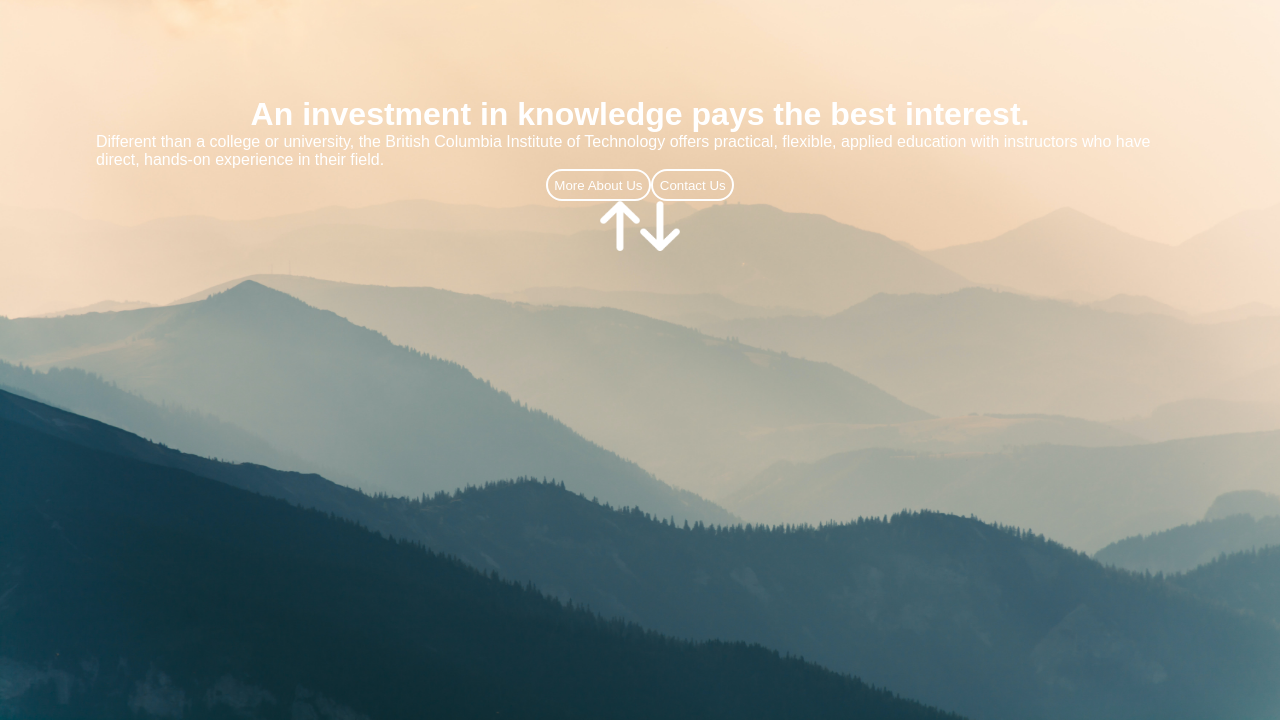
Repository: jennydmcm/assignment-1-playwright-site-A01338943
Page: /
An editor plug-in stored every save of this project. The page is shown before and after the next save, followed by the edit.
The browser window is 1280 px wide. The pictures show the whole page.
The project was rebuilt for these pictures with package versions that can differ from the ones it lists, and the page was loaded fresh each time. The framework's server and built-in components were replaced by stand-ins that run in the browser. Also part of the build but not shown: next.config.js.

Above is the page before, as saved 2023-02-08 09:56:44.

### pages/_app.js
import '../styles/globals.css'
import '../styles/variables.css'

function MyApp({ Component, pageProps }) {
  return <Component {...pageProps} />
}

export default MyApp

### pages/index.js
import Head from "next/head";
import Image from "next/image";
import { Inter } from "@next/font/google";
import styles from "@/styles/home.module.css";
import Link from "next/link";
import { useRouter } from "next/router";
import Bg from "public/background-images/backgroundMountain.jpg";
import downArrow from "public/icons/downwardArrow.png";
import upArrow from "public/icons/upwardArrow.png";

const inter = Inter({ subsets: ["latin"] });

export default function Home() {
  const router = useRouter();
  return (
    <>
      <Head>
        <title>{"Home"}</title>
        <meta name="description" content="Generated by create next app" />
        <meta name="viewport" content="width=device-width, initial-scale=1" />
        <meta name="author" content={"MDIA 2109"} />
        <meta property="og:title" content={"Assignment #1 - Home Page"} />
        <meta
          property="og:description"
          content={"BCIT Digital Design and Development Diploma"}
        />
        <link rel="icon" href="/favicon.png" />
      </Head>
      <Image
        src={Bg}
        fill
        style={{
          zIndex: -1,
        }}
      />
      <main className={styles.main}>
        <h1 className={styles.header}>
          {"An investment in knowledge pays the best interest."}
        </h1>
        <p className={styles.subhead}>
          {
            "Different than a college or university, the British Columbia Institute of Technology offers practical, flexible, applied education with instructors who have direct, hands-on experience in their field."
          }
        </p>

        <a>
          <button
            className={styles.aboutbtn}
            type="button"
            onClick={() => router.push("/about")}
          >
            More About Us
          </button>
          <button
            className={styles.contactbtn}
            type="button"
            onClick={() => router.push("/contact")}
          >
            Contact Us
          </button>
        </a>

        <a>
          <span>
            <a className={styles.arrow} href="/about">
              <span>
                <Image src={upArrow} width={40} height={50} />
                <Image src={downArrow} width={40} height={50} />
              </span>
            </a>
          </span>
        </a>
      </main>
    </>
  );
}

### styles/variables.css
:root{
    --primary-color: #fff;
    --secondary-color: #f4d6b9;
    --ternary-color: #14343d;
    --quaternary-color: #14343d;
    --quinary-color: rgba(16,46,53,0.5);

}

### styles/Home.module.css
.main {
  display: flex;
  flex-direction: column;
  justify-content: space-between;
  align-items: center;
  padding: 6rem;
}
.header{
  color: var(--primary-color);
  font-family: Arial, Helvetica, sans-serif;

}
.subhead{
  color: var(--primary-color);
  font-family: Arial, Helvetica, sans-serif;
  font-weight: lighter;
}

.aboutbtn{
  color: var(--primary-color);
  background: none;
  border: 0.2em solid white;
  border-radius: 4rem;
  padding: 0.5em;
}

.contactbtn{
  color: var(--primary-color);
  background: none;
  border: 0.2em solid white;
  border-radius: 4rem;
  padding: 0.5em;

}

Loaded but not shown: pages/_document.js (common file); styles/globals.css (common file)

After the next save:
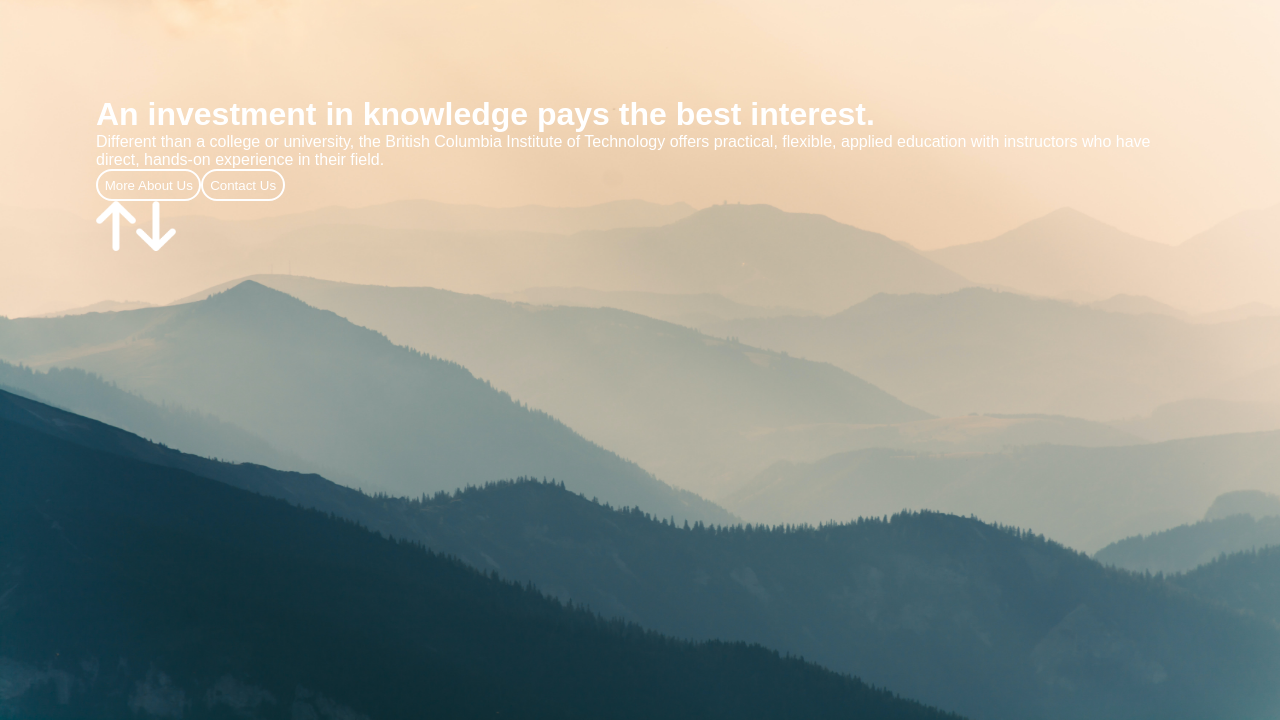
Saved 38 s later.
--- a/styles/Home.module.css
+++ b/styles/Home.module.css
@@ -2,7 +2,7 @@
   display: flex;
   flex-direction: column;
   justify-content: space-between;
-  align-items: center;
+  align-items: flex-start;
   padding: 6rem;
 }
 .header{
